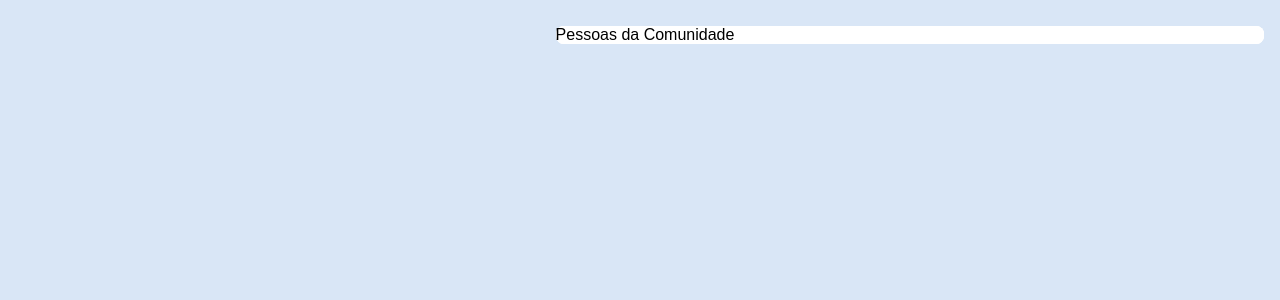
Repository: jminervino/alurakut
Page: /
The author's editor kept a copy of each file at every save. The page is drawn from the files as they stood at one save, then again after the next save.
The browser window is 1280 px wide. The pictures show the whole page.
The project was rebuilt for these pictures with package versions that can differ from the ones it lists, and the page was loaded fresh each time. The framework's server and built-in components were replaced by stand-ins that run in the browser. Also part of the build but not shown: next.config.js.

Above is the page before, as saved 2022-03-24 10:39:35.

After the next save:
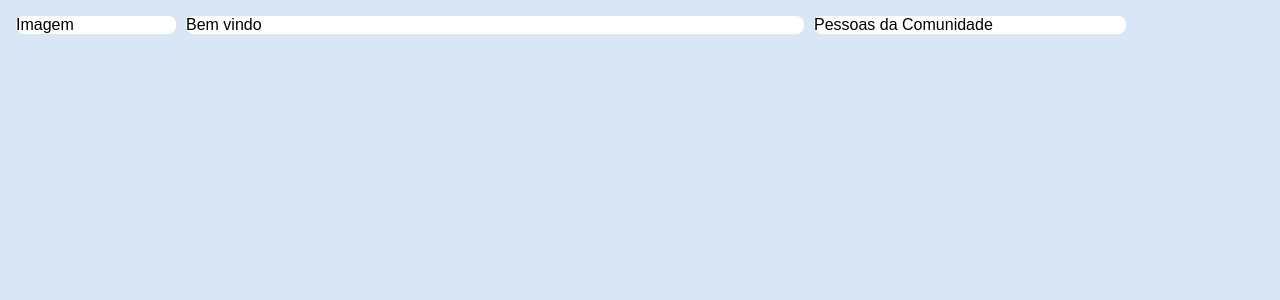
Saved 54 s later.
--- a/pages/index.js
+++ b/pages/index.js
@@ -16,7 +16,8 @@ const MainGrid = styled.main`
   padding: 16px;
 
   @media (min-width: 860px){
-    grid-template-areas: "profileArea welcomeArea profileRelationsArea"
+    grid-template-areas:
+      "profileArea welcomeArea profileRelationsArea";
     grid-template-columns: 160px 618px 312px;
 
     }
